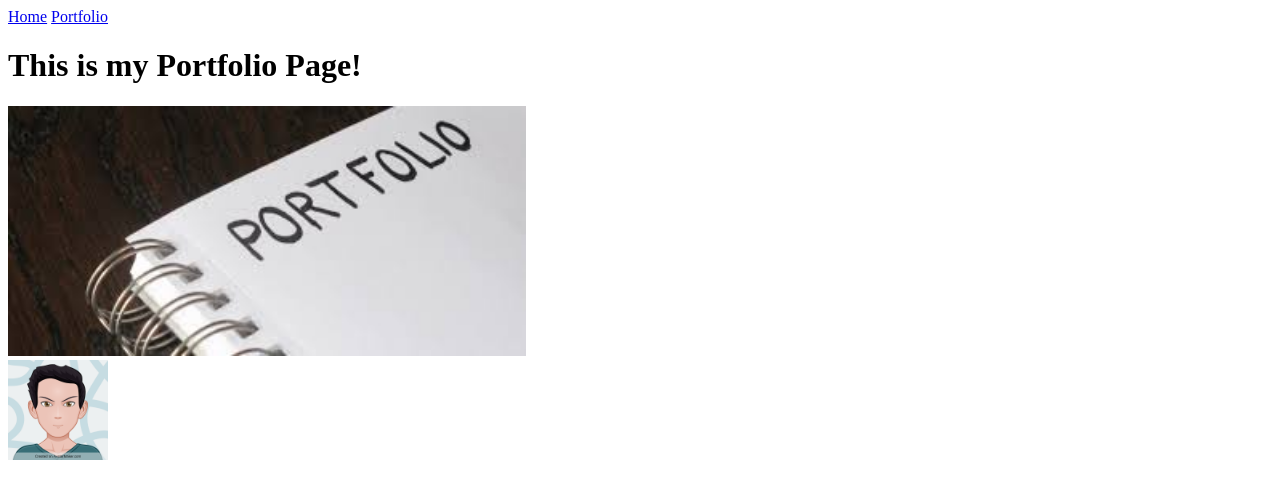
Repository: mdiaz2319/mdiaz2319.github.io
Page: my_website/portfolio.html
The author's editor kept a record of every edit. The page is drawn from the files as they stood at one moment, then again after the next edit.
The browser window is 1280 px wide. The pictures show the whole page.

Above is the page before.

### my_website/portfolio.html
<!doctype html>
	<html lang="en">
	  <head>
	    <meta charset="utf-8">
	    <title>Portfolio</title>
	  </head>
	  <body>
    <a href="index.html">Home</a>
    <a href="portfolio.html">Portfolio</a>
    <h1>This is my  Portfolio Page!</h1>
    <img src="images/portfolio.jpg" height="250">
    <br>
    <a target="_blank" href="https://scratch.mit.edu">
      <img src="images/gravatar.png" height="100">
    </a>
	  </body>
	</html>

After the next edit:
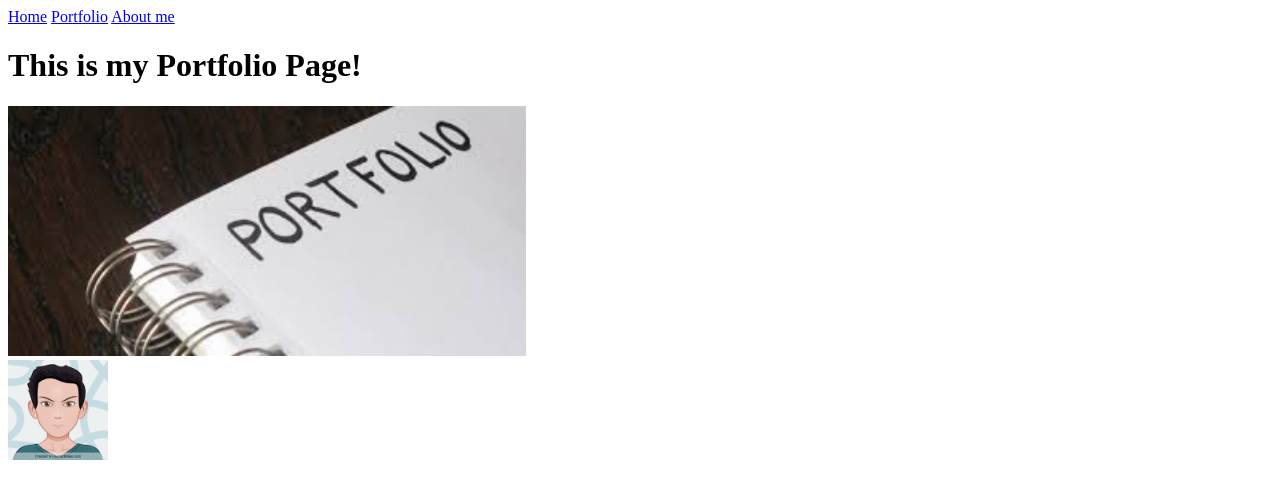
The edit:
--- a/my_website/portfolio.html
+++ b/my_website/portfolio.html
@@ -7,6 +7,7 @@
 	  <body>
     <a href="index.html">Home</a>
     <a href="portfolio.html">Portfolio</a>
+    <a href="aboutme.html">About me</a>
     <h1>This is my  Portfolio Page!</h1>
     <img src="images/portfolio.jpg" height="250">
     <br>
